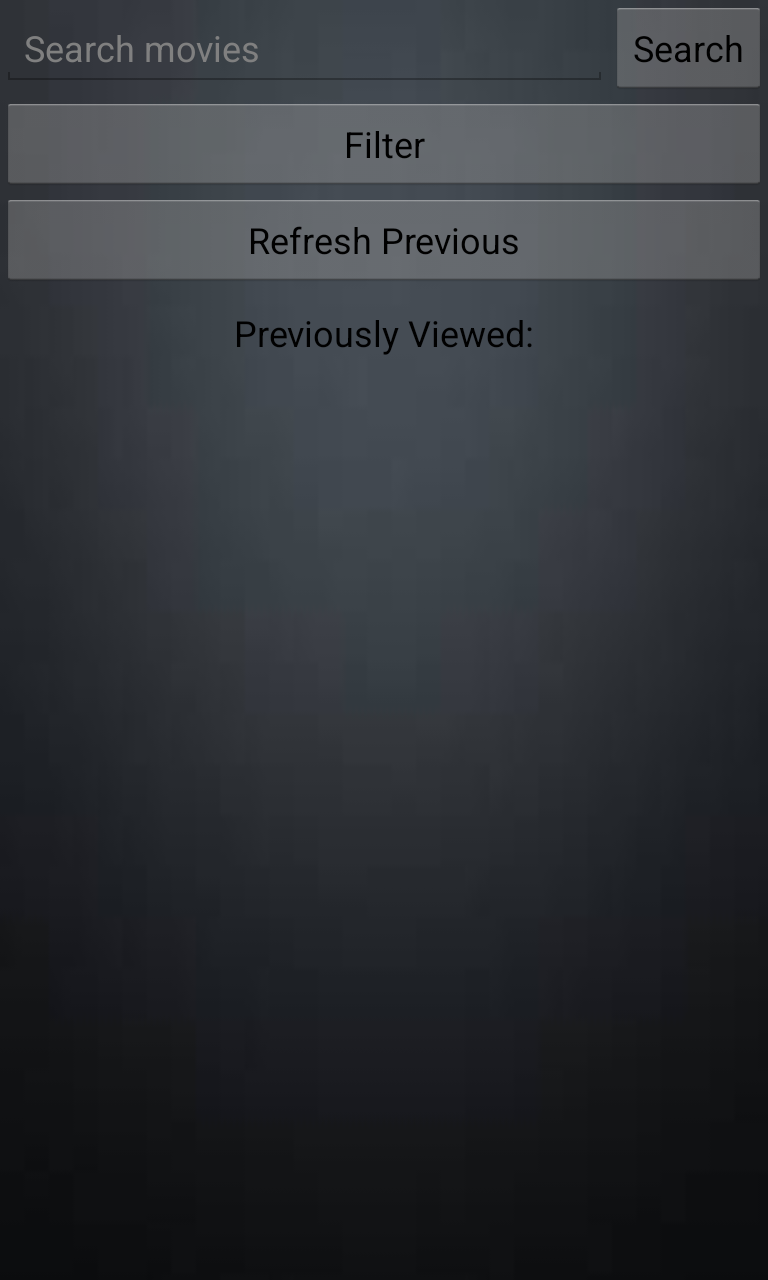
Repository: Tupling/Android-MovieDB
Layout: Java2_Android_App/MovieDB/res/layout/linear_layout.xml
The author's editor kept a copy of each file at every save. The layout is drawn from the files as they stood at one save, then again after the next save.
It is drawn on a 768 x 1280 px phone screen (xhdpi) without system bars, with theme AppTheme; the app's code is not run. Lists and similar views that code fills are empty.

Above is the layout before, as saved 2013-12-13 03:30:38.

After the next save:
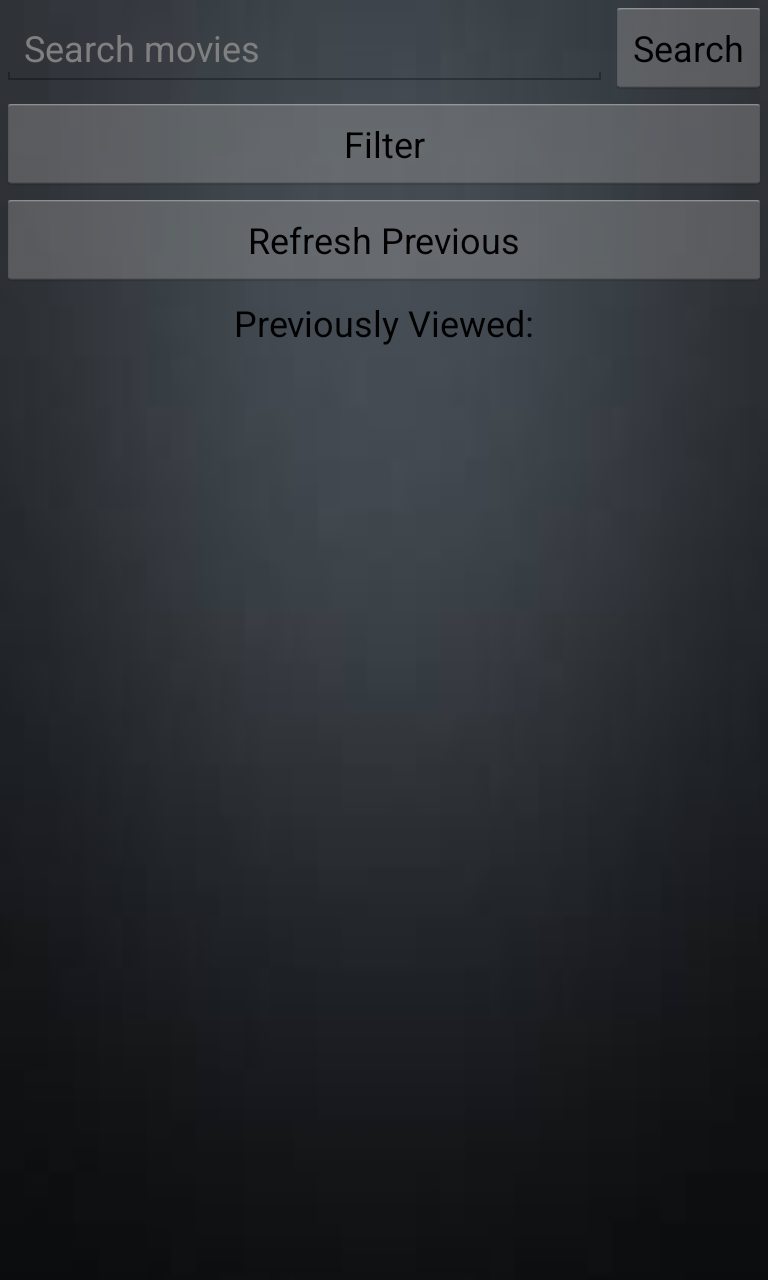
Saved 66 s later.
--- a/Java2_Android_App/MovieDB/res/layout/linear_layout.xml
+++ b/Java2_Android_App/MovieDB/res/layout/linear_layout.xml
@@ -51,7 +51,7 @@
                 android:id="@+id/previous_viewed"
                 android:layout_width="match_parent"
                 android:layout_height="wrap_content"
-                android:layout_marginTop="10dip"
+                android:layout_marginTop="5dip"
                 android:gravity="center"
                 android:text="@string/previous"
                 android:textColor="#000"
@@ -66,12 +66,12 @@
                 android:contentDescription="@string/poster" />
 
 
+
+
+        </LinearLayout>
+    </ScrollView>
             	<ListView android:id="@+id/movie_list"
             		android:layout_width="wrap_content"
             		android:layout_height="wrap_content">
             	</ListView>
-
-        </LinearLayout>
-    </ScrollView>
-
 </LinearLayout>
